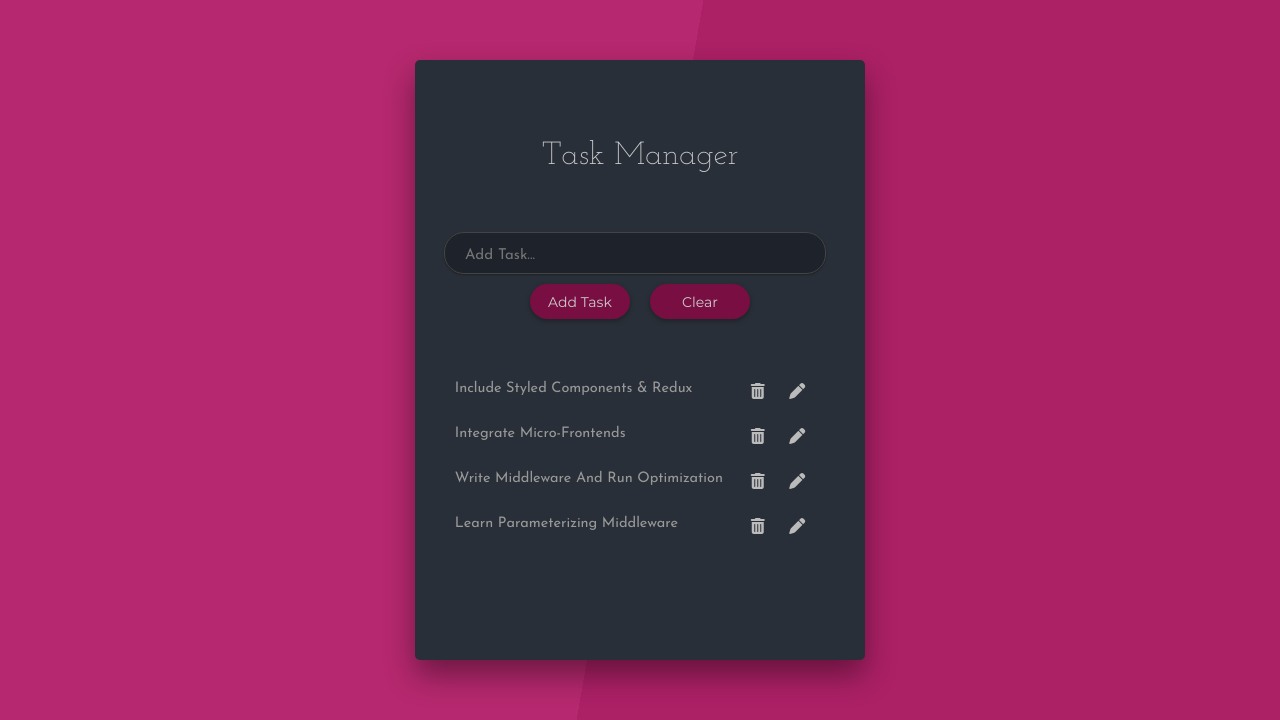
Repository: Kol124/react-task-manager
Page: /
The author's editor kept a copy of each file at every save. The page is drawn from the files as they stood at one save, then again after the next save.
The browser window is 1280 px wide. The pictures show the whole page.
Some web libraries are served in a nearby version. The project was rebuilt for these pictures with package versions that can differ from the ones it lists, and the page was loaded fresh each time.

Above is the page before, as saved 2021-06-21 18:56:11.

After the next save:
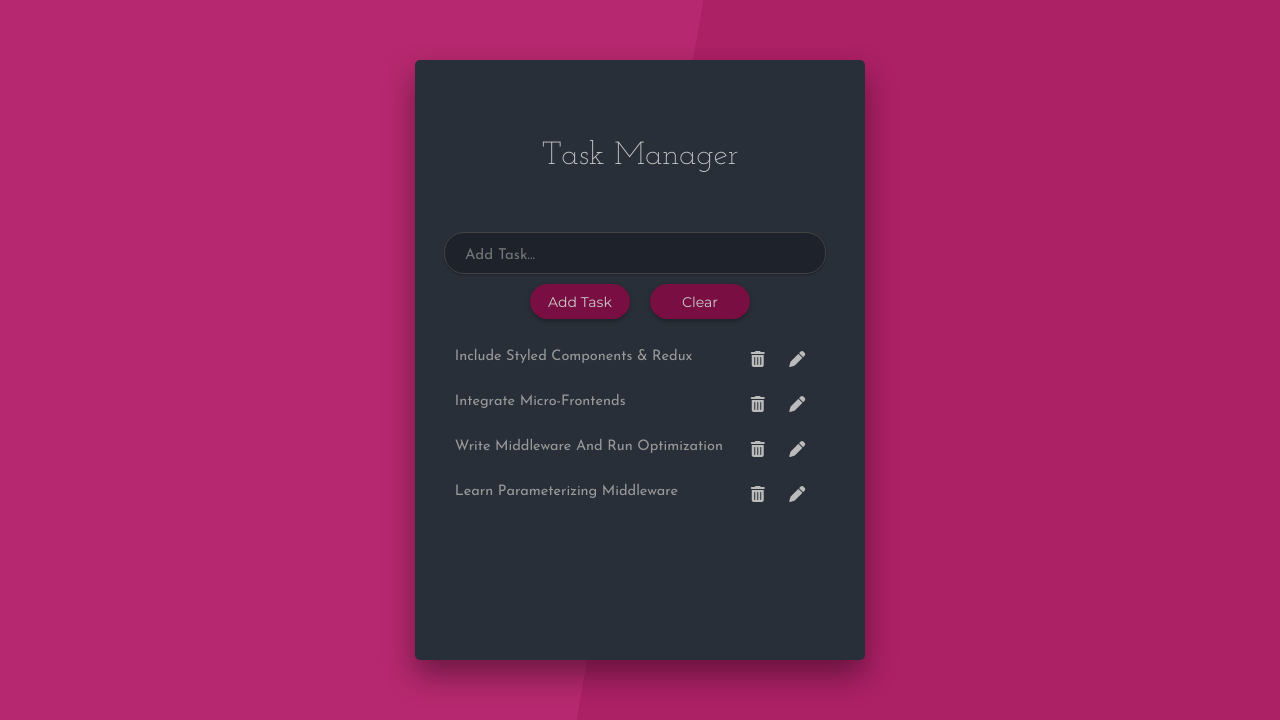
Saved 16 s later.
--- a/src/App.css
+++ b/src/App.css
@@ -46,7 +46,7 @@
   flex-direction: column;
   justify-content: center;
   align-items: center;
-  margin-bottom: 2rem;
+  /* margin-bottom: 2rem; */
 }
 
 .list {

After the save that followed:
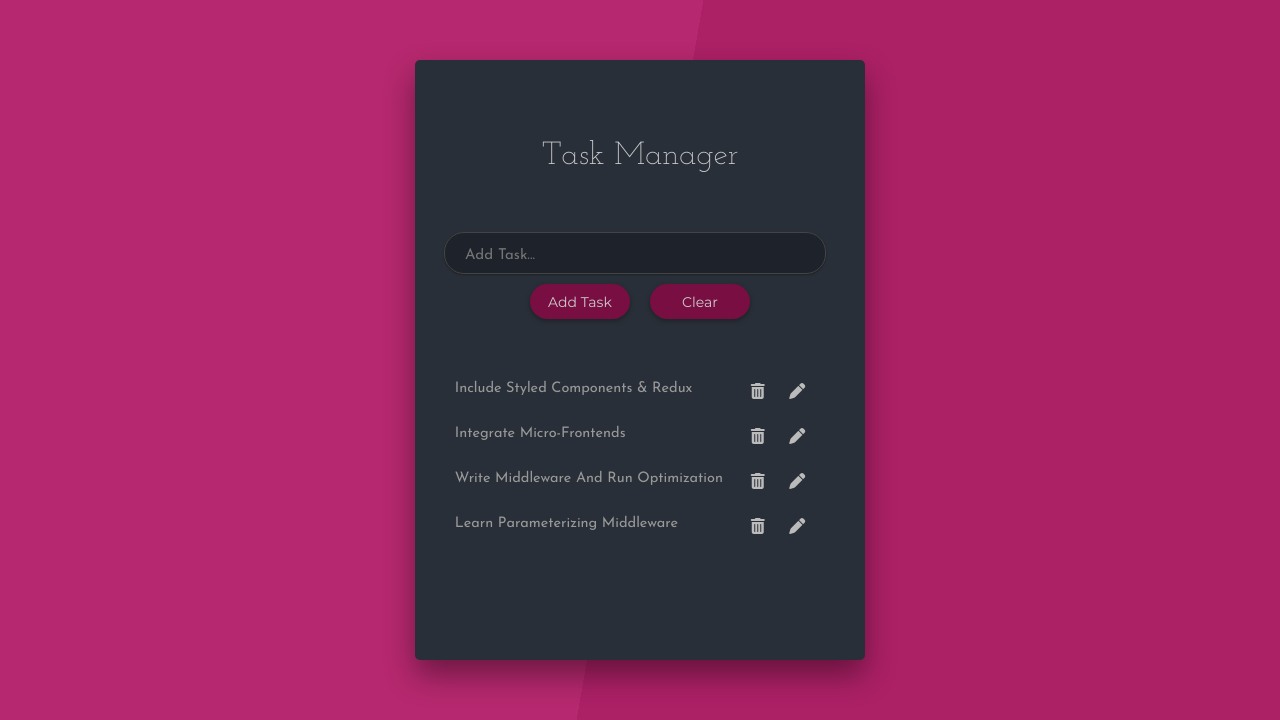
Saved 10 s later.
--- a/src/App.css
+++ b/src/App.css
@@ -46,7 +46,7 @@
   flex-direction: column;
   justify-content: center;
   align-items: center;
-  /* margin-bottom: 2rem; */
+  margin-bottom: 2rem;
 }
 
 .list {
